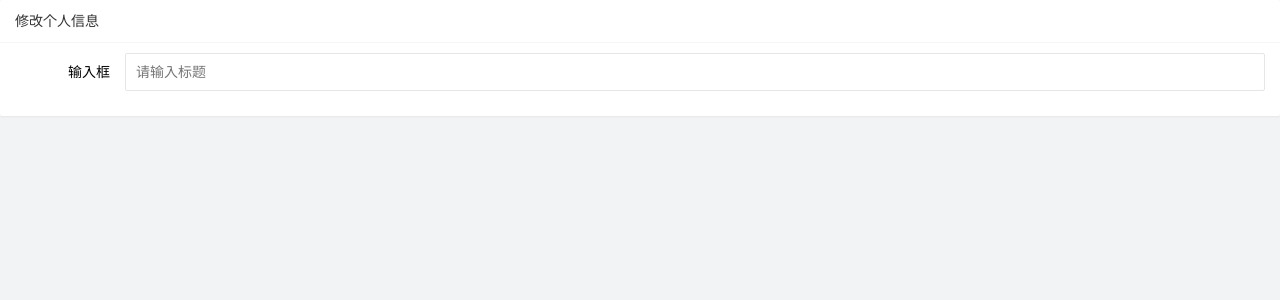
Repository: haloxxi/web_bigevent
Page: user/user-info.html
These files come from the project's save history. The page is drawn as it stood at one moment and after the next save; the edit follows.
The browser window is 1280 px wide. The pictures show the whole page.

Above is the page before, as saved 2022-06-24 21:39:18.

After the next save:
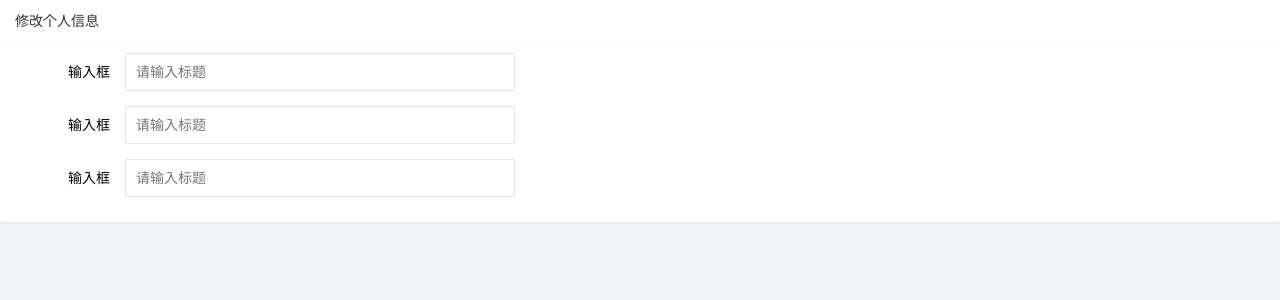
Saved 73 s later.
--- a/user/user-info.html
+++ b/user/user-info.html
@@ -26,6 +26,18 @@
                         <input type="text" name="title" required lay-verify="required" placeholder="请输入标题" autocomplete="off" class="layui-input">
                     </div>
                 </div>
+                <div class="layui-form-item">
+                    <label class="layui-form-label">输入框</label>
+                    <div class="layui-input-block">
+                        <input type="text" name="title" required lay-verify="required" placeholder="请输入标题" autocomplete="off" class="layui-input">
+                    </div>
+                </div>
+                <div class="layui-form-item">
+                    <label class="layui-form-label">输入框</label>
+                    <div class="layui-input-block">
+                        <input type="text" name="title" required lay-verify="required" placeholder="请输入标题" autocomplete="off" class="layui-input">
+                    </div>
+                </div>
             </form>
         </div>
     </div>
--- a/assets/css/user/user-info.css
+++ b/assets/css/user/user-info.css
@@ -1,8 +1,13 @@
 body,
 html {
+    margin: 0;
     padding: 0;
 }
 
 body {
     background-color: #f2f3f5;
 }
+
+.layui-form {
+    width: 500px;
+}
